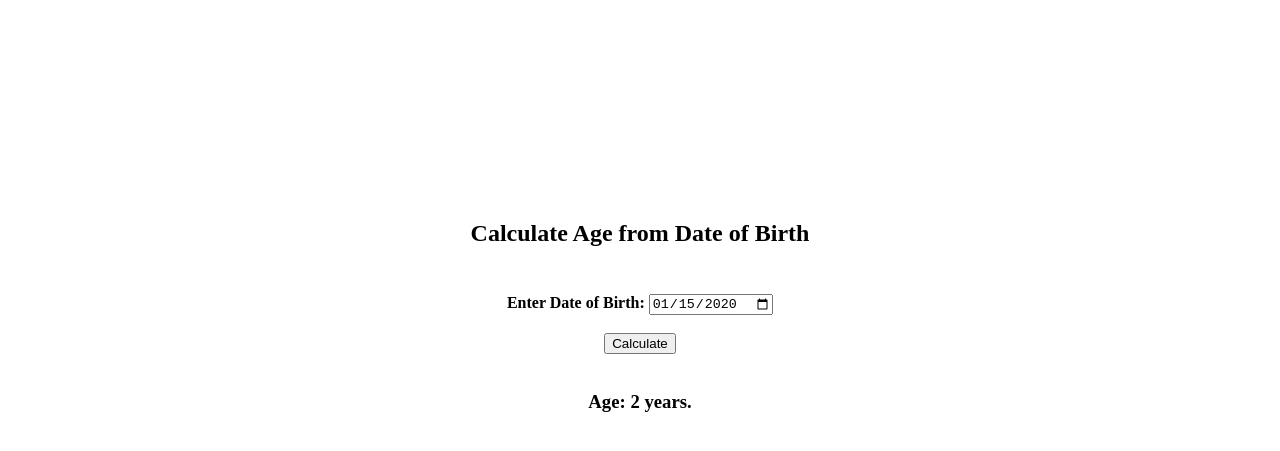
Repository: HoangDuy315/web-dev2022
Page: hw151022/ex2/ex2.4/index.html
These files come from the project's save history. The page is drawn as it stood at one moment and after the next save; the edit follows.
The browser window is 1280 px wide. The pictures show the whole page.
Empty fields were first filled with sample values (such as "Sample", 5 or name@example.com).
After loading, the first visible `button` was clicked once.

Above is the page before, as saved 2022-10-15 15:22:07.

After the next save:
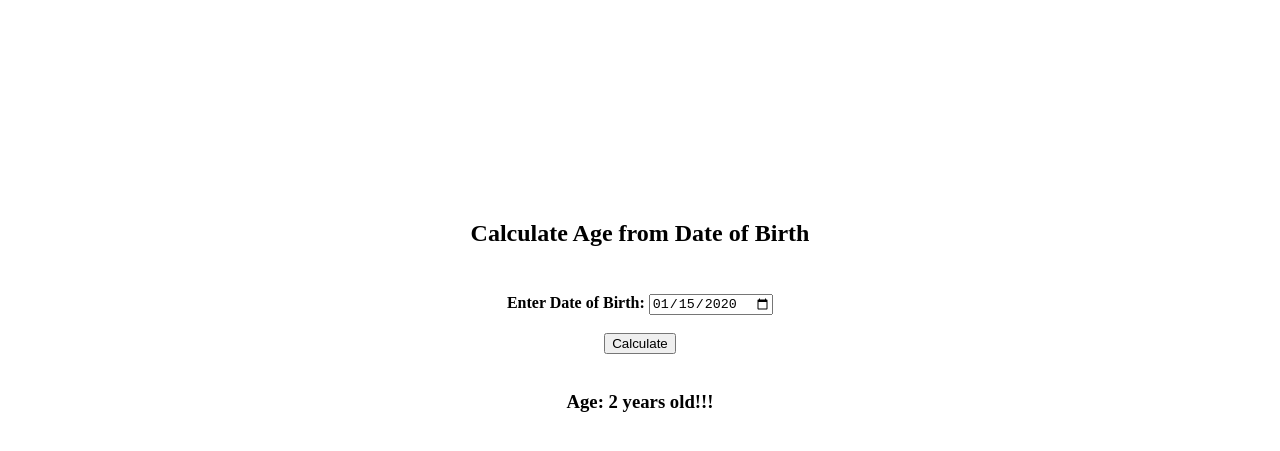
Saved 24 s later.
--- a/hw151022/ex2/ex2.4/index.html
+++ b/hw151022/ex2/ex2.4/index.html
@@ -30,7 +30,7 @@ function ageCalculator() {
 
     //display the calculated age
     return document.getElementById("result").innerHTML =
-             "Age: " + age + " years. ";
+             "Age: " + age + " years old!!!";
     }
 }
 </script>
